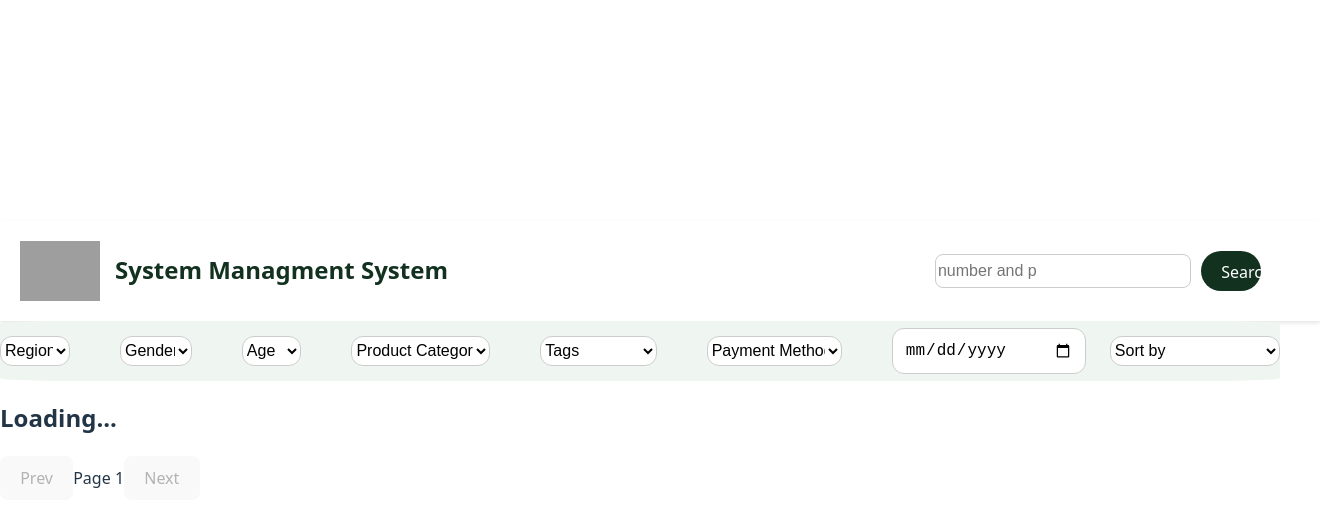
Repository: SandeepYadav18717/TruEstae
Page: / (app in TruEstae/)
The author's editor kept a copy of each file at every save. The page is drawn from the files as they stood at one save, then again after the next save.
The browser window is 1280 px wide. The page is 1320 px wide, then 1280 px, then 1320 px, so the pictures cover 1320 px, including what lies to the right of the window. The pictures show the whole page.
Pictures or frames that could not be fetched are drawn as grey boxes. The page's requests for data from a server got no answer. The project was rebuilt for these pictures with package versions that can differ from the ones it lists, and the page was loaded fresh each time. No one was signed in, and anything a server would have sent is missing. Also part of the build but not shown: TruEstae/vite.config.js, TruEstae/src/App.css.

Above is the page before, as saved 2025-12-09 05:29:27.

After the next save:
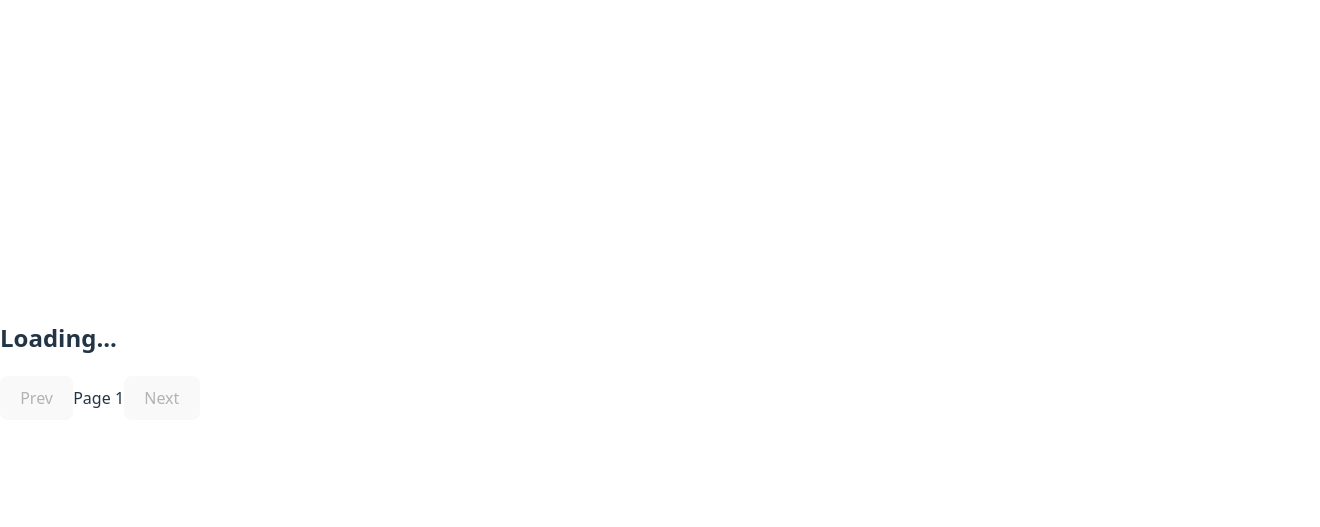
Saved 55 s later.
--- a/TruEstae/src/Pages/Home.jsx
+++ b/TruEstae/src/Pages/Home.jsx
@@ -47,95 +47,7 @@
 
   return (
     <>
-      <div className="topBar">
-        <Logo />
-        <SearchBar />
-      </div>
 
-      <div className="Container_Ui">
-        <div id="Customer_Region">
-          <select id="region" onChange={Page}>
-            <option hidden>Region</option>
-            <option>Central</option>
-            <option>North</option>
-            <option>South</option>
-            <option>East</option>
-            <option>West</option>
-          </select>
-        </div>
-
-        <div id="Gender">
-          <select id="gender" onChange={Page}>
-            <option hidden>Gender</option>
-            <option>Male</option>
-            <option>Female</option>
-          </select>
-        </div>
-
-        <div id="Age">
-          <select id="age" onChange={Page}>
-            <option hidden>Age</option>
-            <option>18-25</option>
-            <option>26-35</option>
-            <option>36-50</option>
-            <option>50+</option>
-          </select>
-        </div>
-
-        <div id="Product_Category">
-          <select id="category" onChange={Page}>
-            <option hidden>Product Category</option>
-            <option>Beauty</option>
-            <option>Electronic</option>
-            <option>Clothing</option>
-          </select>
-        </div>
-
-        <div id="Tags">
-          <select id="tags" onChange={Page}>
-            <option hidden>Tags</option>
-
-            <option>skincare</option>
-            <option>beauty</option>
-            <option>fashion</option>
-            <option>organic</option>
-            <option>fragrance-free</option>
-            <option>portable</option>
-            <option>smart</option>
-            <option>gadgets</option>
-            <option>makeup</option>
-            <option>accessories</option>
-            <option>cotton</option>
-            <option>unisex</option>
-            <option>formal</option>
-          </select>
-        </div>
-
-        <div id="Payment_Method">
-          <select id="payment" onChange={Page}>
-            <option hidden>Payment Method</option>
-            <option>Wallet</option>
-            <option>Cash</option>
-            <option>Card</option>
-            <option>UPI</option>
-            <option>Net Banking</option>
-          </select>
-        </div>
-
-        <div id="Date">
-          <input id="date" type="date" onChange={Page} />
-        </div>
-
-        <div id="SortBy">
-          <select id="sortBy" onChange={Page}>
-            <option hidden>Sort by</option>
-            <option value="name-asc">Customer Name (A-Z)</option>
-            <option value="name-desc">Customer Name (Z-A)</option>
-            <option value="newest">Newest First</option>
-            <option value="oldest">Oldest First</option>
-          </select>
-        </div>
-      </div>
 
       {/*here is the loader if loading is true no data show  */}
       {loading && <h2>Loading...</h2>}

After the save that followed:
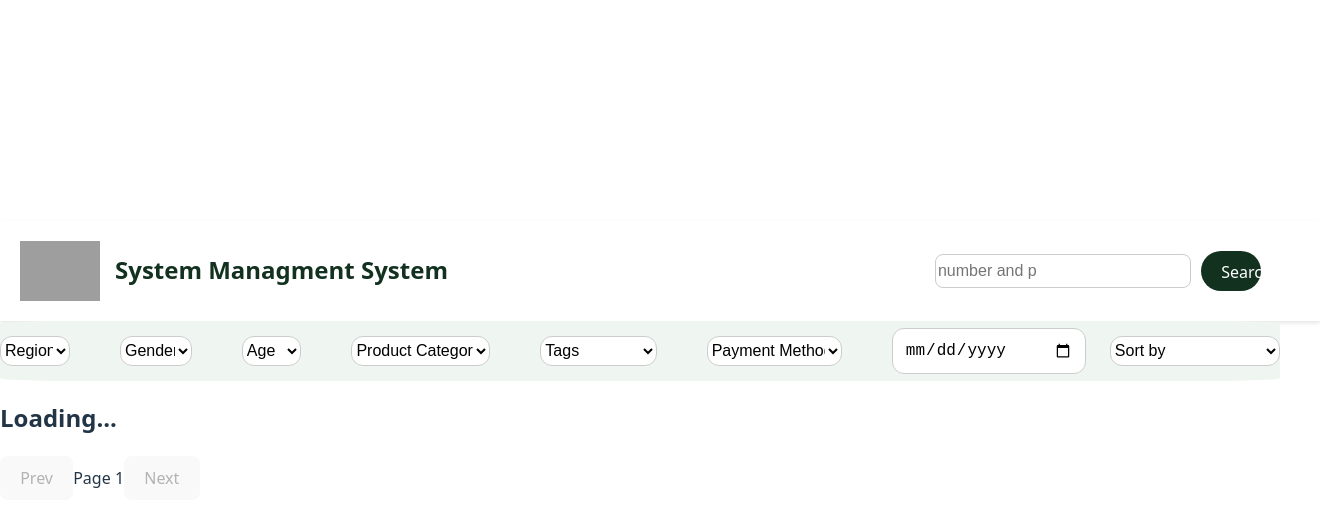
Saved 15 s later.
--- a/TruEstae/src/Pages/Home.jsx
+++ b/TruEstae/src/Pages/Home.jsx
@@ -47,7 +47,95 @@
 
   return (
     <>
+      <div className="topBar">
+        <Logo />
+        <SearchBar />
+      </div>
 
+      <div className="Container_Ui">
+        <div id="Customer_Region">
+          <select id="region" onChange={Page}>
+            <option hidden>Region</option>
+            <option>Central</option>
+            <option>North</option>
+            <option>South</option>
+            <option>East</option>
+            <option>West</option>
+          </select>
+        </div>
+
+        <div id="Gender">
+          <select id="gender" onChange={Page}>
+            <option hidden>Gender</option>
+            <option>Male</option>
+            <option>Female</option>
+          </select>
+        </div>
+
+        <div id="Age">
+          <select id="age" onChange={Page}>
+            <option hidden>Age</option>
+            <option>18-25</option>
+            <option>26-35</option>
+            <option>36-50</option>
+            <option>50+</option>
+          </select>
+        </div>
+
+        <div id="Product_Category">
+          <select id="category" onChange={Page}>
+            <option hidden>Product Category</option>
+            <option>Beauty</option>
+            <option>Electronic</option>
+            <option>Clothing</option>
+          </select>
+        </div>
+
+        <div id="Tags">
+          <select id="tags" onChange={Page}>
+            <option hidden>Tags</option>
+
+            <option>skincare</option>
+            <option>beauty</option>
+            <option>fashion</option>
+            <option>organic</option>
+            <option>fragrance-free</option>
+            <option>portable</option>
+            <option>smart</option>
+            <option>gadgets</option>
+            <option>makeup</option>
+            <option>accessories</option>
+            <option>cotton</option>
+            <option>unisex</option>
+            <option>formal</option>
+          </select>
+        </div>
+
+        <div id="Payment_Method">
+          <select id="payment" onChange={Page}>
+            <option hidden>Payment Method</option>
+            <option>Wallet</option>
+            <option>Cash</option>
+            <option>Card</option>
+            <option>UPI</option>
+            <option>Net Banking</option>
+          </select>
+        </div>
+
+        <div id="Date">
+          <input id="date" type="date" onChange={Page} />
+        </div>
+
+        <div id="SortBy">
+          <select id="sortBy" onChange={Page}>
+            <option hidden>Sort by</option>
+            <option value="name-asc">Customer Name (A-Z)</option>
+            <option value="name-desc">Customer Name (Z-A)</option>
+            <option value="newest">Newest First</option>
+            <option value="oldest">Oldest First</option>
+          </select>
+        </div>
+      </div>
 
       {/*here is the loader if loading is true no data show  */}
       {loading && <h2>Loading...</h2>}
